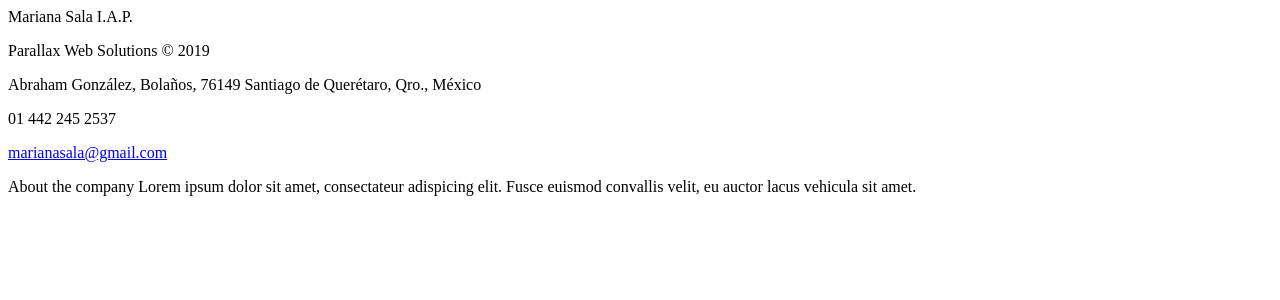
Repository: DanElias/Parallax
Page: Proyecto/Website/sitio/_footer_sitio.html
The author's editor kept a record of every edit. The page is drawn from the files as they stood at one moment, then again after the next edit.
The browser window is 1280 px wide. The pictures show the whole page.

Above is the page before.
Console error: TypeError: Cannot set properties of null (setting 'onmouseover')

### Proyecto/Website/sitio/_footer_sitio.html


<footer class="footer-distributed" id="footer">

			<div class="footer-left">
				<div class="my_footer_title">Mariana Sala I.A.P.</div>
				<p class="footer-company-name">Parallax Web Solutions © 2019</p>
			</div>

			<div class="footer-center">

				<div>
					<a target="_blank" href="https://www.google.com/maps/place/Educational+Center+Mariana+Sala+I.A.P./@20.6182497,-100.3733119,15z/data=!4m2!3m1!1s0x0:0xcba36e8ecbfad194?sa=X&ved=2ahUKEwiCr7vgrdHhAhVJQ6wKHRxbCgAQ_BIwEXoECAoQCA">
					    <i class="fa fa-map-marker hoverable"></i>
					</a>
					<p><span href>Abraham González, Bolaños, 76149</span> Santiago de Querétaro, Qro., México</p>
				</div>

				<div>
					<i class="fa fa-phone"></i>
					<p>01 442 245 2537</p>
				</div>

				<div>
					<i class="fa fa-envelope"></i>
					<p><a href="mailto:marianasala@gmail.com">marianasala@gmail.com</a></p>
				</div>

			</div>

			<div class="footer-right">

				<p class="footer-company-about">
					<span>About the company</span>
					Lorem ipsum dolor sit amet, consectateur adispicing elit. Fusce euismod convallis velit, eu auctor lacus vehicula sit amet.
				</p>

				<div class="footer-icons">

					<a href="#"><i class="fa fa-facebook"></i></a>
					<a href="#"><i class="fa fa-twitter"></i></a>
					<a href="#"><i class="fa fa-linkedin"></i></a>
					<a href="#"><i class="fa fa-github"></i></a>

				</div>

			</div>

		</footer>

<script>

    document.getElementById("boton_inicio").onmouseover=poner_shadow1;
    document.getElementById("boton_inicio").onmouseout=quitar_shadow1;
    document.getElementById("boton_eventos").onmouseover=poner_shadow2;
    document.getElementById("boton_eventos").onmouseout=quitar_shadow2;
    document.getElementById("boton_login").onmouseover=poner_shadow3;
    document.getElementById("boton_login").onmouseout=quitar_shadow3;
    document.getElementById("boton_apoyo").onmouseover=poner_shadow4;
    document.getElementById("boton_apoyo").onmouseout=quitar_shadow4;

    $(document).ready(function() {

        $('#logo_principal').fadeIn(1500)
        $('#boton_inicio').fadeToggle(1000)
        $('#boton_eventos').fadeToggle(1500)
        $('#boton_login').fadeToggle(2000)
        $('#boton_apoyo').fadeToggle(2500)

        $(window).scroll(function() {
            var height = $('.first-container').height();
            var scrollTop = $(window).scrollTop();



            if (scrollTop >= height - 50) {
                $('.nav-container').addClass('solid-nav')
                $('.nav_text').css('color', '#0d3d63')
                $('#nav-logo').fadeIn('slow')
            } else {
                $('.nav-container').removeClass('solid-nav')
                $('.nav_text').css('color', 'white')
                $('#nav-logo').fadeOut('fastver')
            }

            if (scrollTop >= height - 450) {
                $('.mision').fadeIn(2000)
                $('.vision').fadeIn(2000)
            }




        });
    });



    function poner_shadow1(){
        var element = document.getElementById("boton_inicio");
        element.classList.remove("my_text_noshadow");
        element.classList.add("my_text_shadow");
    }

    function quitar_shadow1(){
        var element = document.getElementById("boton_inicio");
        element.classList.add("my_text_noshadow");
        element.classList.remove("my_text_shadow");
    }

     function poner_shadow2(){
        var element = document.getElementById("boton_eventos");
        element.classList.remove("my_text_noshadow");
        element.classList.add("my_text_shadow");
    }

    function quitar_shadow2(){
        var element = document.getElementById("boton_eventos");
        element.classList.add("my_text_noshadow");
        element.classList.remove("my_text_shadow");
    }

     function poner_shadow3(){
        var element = document.getElementById("boton_login");
        element.classList.remove("my_text_noshadow");
        element.classList.add("my_text_shadow");
    }

    function quitar_shadow3(){
        var element = document.getElementById("boton_login");
        element.classList.add("my_text_noshadow");
        element.classList.remove("my_text_shadow");
    }

     function poner_shadow4(){
        var element = document.getElementById("boton_apoyo");
        element.classList.remove("my_text_noshadow");
        element.classList.add("my_text_shadow");
    }

    function quitar_shadow4(){
        var element = document.getElementById("boton_apoyo");
        element.classList.add("my_text_noshadow");
        element.classList.remove("my_text_shadow");
    }

</script>

</body>
</html>

After the next edit:
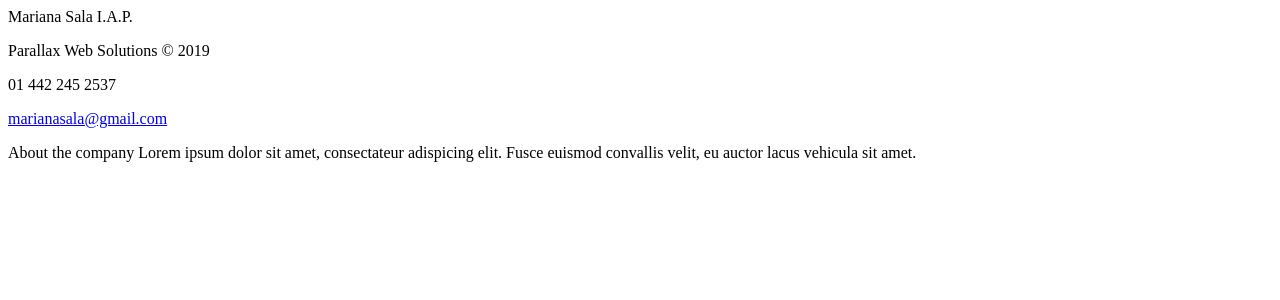
The edit:
--- a/Proyecto/Website/sitio/_footer_sitio.html
+++ b/Proyecto/Website/sitio/_footer_sitio.html
@@ -13,7 +13,10 @@
 					<a target="_blank" href="https://www.google.com/maps/place/Educational+Center+Mariana+Sala+I.A.P./@20.6182497,-100.3733119,15z/data=!4m2!3m1!1s0x0:0xcba36e8ecbfad194?sa=X&ved=2ahUKEwiCr7vgrdHhAhVJQ6wKHRxbCgAQ_BIwEXoECAoQCA">
 					    <i class="fa fa-map-marker hoverable"></i>
 					</a>
-					<p><span href>Abraham González, Bolaños, 76149</span> Santiago de Querétaro, Qro., México</p>
+					<a target="_blank" href="https://www.google.com/maps/place/Educational+Center+Mariana+Sala+I.A.P./@20.6182497,-100.3733119,15z/data=!4m2!3m1!1s0x0:0xcba36e8ecbfad194?sa=X&ved=2ahUKEwiCr7vgrdHhAhVJQ6wKHRxbCgAQ_BIwEXoECAoQCA">
+					    <i class="fa fa-map-marker hoverable"></i>
+					</a>
+
 				</div>
 
 				<div>
